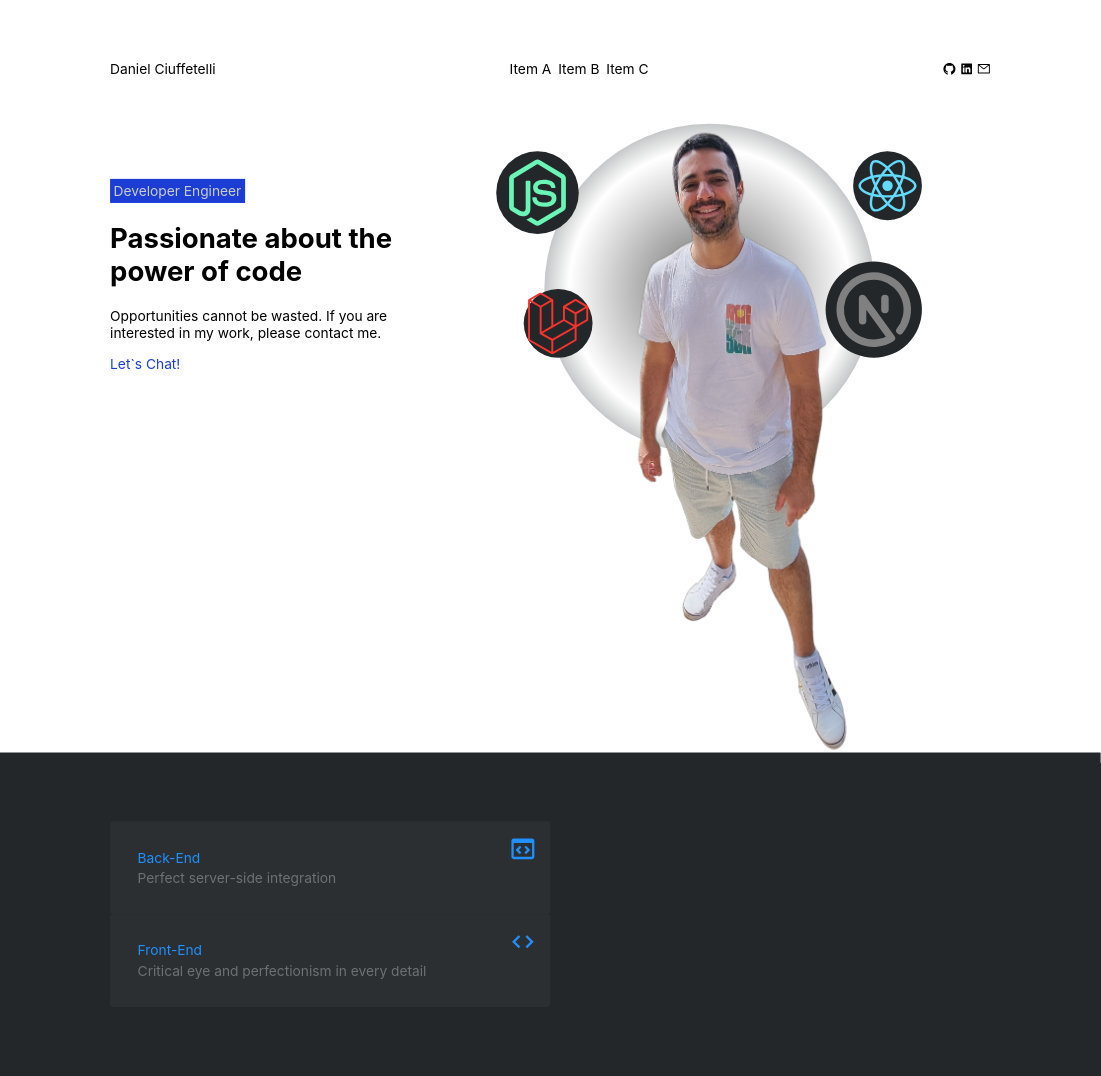
Repository: ciuffetelli/portfolio
Page: /
An editor plug-in stored every save of this project. The page is shown before and after the next save, followed by the edit.
The browser window is 1280 px wide. The pictures show the whole page, at 86% of full size.
The project was rebuilt for these pictures with package versions that can differ from the ones it lists, and the page was loaded fresh each time. The framework's server and built-in components were replaced by stand-ins that run in the browser. Also part of the build but not shown: next.config.js.

Above is the page before, as saved 2022-12-05 18:08:26.

### pages/_document.tsx
import { Html, Head, Main, NextScript } from 'next/document'

export default function Document() {
    return (
        <Html lang="en">
            <Head>
                <title>Daniel Ciuffetelli - Front-end Engineer</title>
                <meta name="description" content="Daniel Ciuffetelli's personal portfolio, front-end engineer. Page developed in Next.js" />
                <link rel="icon" href="/img/logo.svg" />
            </Head>
                <body className='bg-white text-slate-900 dark:bg-slate-900 dark:text-white ease-in-out duration-300'>
                    <Main />
                    <NextScript />
                </body>
        </Html>
    )
}

### pages/index.tsx
import Head from 'next/head'
import styled from 'styled-components'

import { BiCodeBlock, BiCode } from 'react-icons/bi'

import { Nav } from '../Components/Nav'
import { Hero } from '../Components/Hero'
import { Accordion } from '../Components/Accordion'

export default function Home() {
  return (
    <Container>

        <Head>
          <title>Daniel Ciuffetelli - Developer Engineer</title>
          <meta name="description" content="Generated by create next app" />
          <link rel="icon" href="/favicon.ico" />
        </Head>

        <Main>
          <Nav />

          <Hero />

          <Section>
            <SectionContent>
              <Accordion data={[
                {
                  title: 'Back-End',
                  icon: BiCodeBlock,
                  description: 'Perfect server-side integration'
                },
                {
                  title: 'Front-End',
                  icon: BiCode,
                  description: 'Critical eye and perfectionism in every detail'
                }
              ]}></Accordion>
            </SectionContent>
          </Section>
        </Main>

    </Container>
    // <div className={styles.container}>


    //   <main className={styles.main}>
    //     <Nav />

    //     <Hero />
    //     {/* <h1 className={styles.title}>
    //       Welcome to <a href="https://nextjs.org">Next.js!</a>
    //     </h1>

    //     <p className={styles.description}>
    //       Get started by editing{' '}
    //       <code className={styles.code}>pages/index.tsx</code>
    //     </p>

    //     <div className={styles.grid}>
    //       <a href="https://nextjs.org/docs" className={styles.card}>
    //         <h2>Documentation &rarr;</h2>
    //         <p>Find in-depth information about Next.js features and API.</p>
    //       </a>

    //       <a href="https://nextjs.org/learn" className={styles.card}>
    //         <h2>Learn &rarr;</h2>
    //         <p>Learn about Next.js in an interactive course with quizzes!</p>
    //       </a>

    //       <a
    //         href="https://github.com/vercel/next.js/tree/canary/examples"
    //         className={styles.card}
    //       >
    //         <h2>Examples &rarr;</h2>
    //         <p>Discover and deploy boilerplate example Next.js projects.</p>
    //       </a>

    //       <a
    //         href="https://vercel.com/new?utm_source=create-next-app&utm_medium=default-template&utm_campaign=create-next-app"
    //         target="_blank"
    //         rel="noopener noreferrer"
    //         className={styles.card}
    //       >
    //         <h2>Deploy &rarr;</h2>
    //         <p>
    //           Instantly deploy your Next.js site to a public URL with Vercel.
    //         </p>
    //       </a>
    //     </div> */}
    //   </main>

    //   <footer className={styles.footer}>
    //     <a
    //       href="https://vercel.com?utm_source=create-next-app&utm_medium=default-template&utm_campaign=create-next-app"
    //       target="_blank"
    //       rel="noopener noreferrer"
    //     >
    //       Powered by{' '}
    //       <span className={styles.logo}>
    //         <Image src="/vercel.svg" alt="Vercel Logo" width={72} height={16} />
    //       </span>
    //     </a>
    //   </footer>
    //   <a href='https://elements.envato.com/ds-developer-portfolio-psd-template-9FZDH4D'>Reference</a>
    // </div>
  )
}

const Container = styled.div`
  padding: 0 2rem;
`

const Main = styled.main`
  max-width: 1024px;
  min-height: 100vh;
  margin: 0 auto;
  padding: 4rem 0 0 0;
  flex: 1;
  display: flex;
  flex-direction: column;
  justify-content: center;
  align-items: center;
`

const Section = styled.section`
  width: 100vw;
  padding: 5rem 0;
  background: #23272a;
`

const SectionContent = styled.div`
  margin: auto;
  max-width: 1024px;
`

const SectionItem = styled.div`
  flex: 1;
  justify-content: center;
  align-items: center;
`

### styles/globals.css
:root {
  --primary: #1e90ff;
  --white: #ffffff;
}

html,
body {
  padding: 0;
  margin: 0;
  font-family: -apple-system, BlinkMacSystemFont, Segoe UI, Roboto, Oxygen,
    Ubuntu, Cantarell, Fira Sans, Droid Sans, Helvetica Neue, sans-serif;
  overflow-x: hidden;
}

a {
  color: inherit;
  text-decoration: none;
}

* {
  box-sizing: border-box;
}

@media (prefers-color-scheme: dark) {
  html {
    color-scheme: dark;
  }
  body {
    color: white;
    background: #2b2f32;
  }
}

### Components/Nav.tsx
import styled from 'styled-components'

import { AiFillGithub, AiFillLinkedin, AiOutlineMail } from 'react-icons/ai'

export function Nav() {

    return (
        <Container>
            <Name>Daniel Ciuffetelli</Name>
            <Items>
                <MenuItem>Item A</MenuItem>
                <MenuItem>Item B</MenuItem>
                <MenuItem>Item C</MenuItem>
            </Items>
            <Icons>
                <Social>
                    <AiFillGithub />
                    <AiFillLinkedin />
                </Social>
                <AiOutlineMail />
            </Icons>
        </Container>
    )
}

const Container = styled.div`
    display: inline-flex;
    width: 100%;
    height: 2rem;
    justify-content: space-around;
    align-items: center;
`

const Name = styled.div`
    display: none;

    @media (min-width: 500px) {
        display: flex;
    }
`

const Items = styled.div`
    display: inline-flex;
    flex: 1;
    gap: 0.5rem;
    justify-content: center;
`

const MenuItem = styled.div``

const Icons = styled.div`
    display: inline-flex;
    gap: 0.25rem;
`
const Social = styled.div`
    display: none;
    gap: 0.25rem;

    @media (min-width: 500px) {
        display: inline-flex;
    }
`

### Components/Hero.tsx
import styled from 'styled-components'

import { IoLogoNodejs } from 'react-icons/io'
import { IoLogoReact } from 'react-icons/io5'
import { TbBrandNextjs } from 'react-icons/tb'
import { FaLaravel } from 'react-icons/fa'

export function Hero() {
    return (
        <Container>
            <LeftSide>
                <Title>Developer Engineer</Title>
                <H1>Passionate about the power of code</H1>
                <Text>Opportunities cannot be wasted. If you are interested in my work, please contact me.</Text>
                <Link>Let`s Chat!</Link>
            </LeftSide>
            <RightSide>
                <Image src="/img/profile.png" />
                <Tech top={2} left={5} width={6} height={6}><NodeJs /></Tech>
                <Tech top={2} right={5} width={5} height={5}><React /></Tech>
                <Tech top={10} right={5} width={7} height={7}><Next /></Tech>
                <Tech top={12} left={7} width={5} height={5}><Laravel /></Tech>
            </RightSide>
        </Container>
    )
}

const Container = styled.div`
    display: inline-flex;
    margin: 3rem auto auto;
`

const LeftSide = styled.div`
    padding-top: 2rem;

    @media (min-width: 500px) {
        max-width: 50%;
        padding-top: 4rem;
    }
`

const Title = styled.div`
    width: max-content;
    padding: 0.25rem;
    color: #ccc;
    background-color: #1b3dd3;
`

const H1 = styled.h1``

const Text = styled.p``

const Link = styled.a`
    color: #1b3dd3;
`

const RightSide = styled.div`
    display: none;
    position: relative;
    justify-content: center;

    &::after {
        content: "";
        position: absolute;
        width: 30vw;
        height: 30vw;
        z-index: -1;
        margin: auto;
        border-radius: 50%;
        background-image: radial-gradient(circle, #666565, transparent 60%, #2b2f32);
    }

    @media (min-width: 500px) {
        display: flex;
    }
`

const Image = styled.img`
    width: 50%;
    margin: auto;
`

const Tech = styled.div<{ top?: Number, right?: Number, bottom?: Number, left?: Number, width?: Number, height?: Number }>`
    position: absolute;
    ${({top}) => (top) ? `top: ${top}rem;` : ``}
    ${({right}) => (right) ? `right: ${right}rem;` : ``}
    ${({bottom}) => (bottom) ? `bottom: ${bottom}rem;` : ``}
    ${({left}) => (left) ? `left: ${left}rem;` : ``}
    ${({width}) => (width) ? `width: ${width}rem;` : ``}
    ${({height}) => (height) ? `height: ${height}rem;` : ``}
    padding: 0.25rem;
    justify-content: center;
    align-items: center;
    border-radius: 50%;
    background: #23272a;
`

const NodeJs = styled(IoLogoNodejs)`
    width: 100%;
    height: 100%;
    color: #6af5b6;
`
const React = styled(IoLogoReact)`
    width: 100%;
    height: 100%;
    color: #61dafb;
`
const Next = styled(TbBrandNextjs)`
    width: 100%;
    height: 100%;
    color: #808080;
`
const Laravel = styled(FaLaravel)`
    width: 100%;
    height: 100%;
    color: #f9322c;
`

### Components/Accordion.tsx
import styled from "styled-components";
import { IconType } from "react-icons"

type Item = {
    title: string
    icon: IconType
    description: string
    tags?: string
}
type AccordionProps = {
    data: Item[]
    child?: React.ReactElement
}
export function Accordion({ data, child }: AccordionProps) {
    return (
        <Container>
                { data.map((item, key) => (
                    <AccordionItem key={key}>
                        <ItemHeader>
                            <Title>{item.title}<Icon>{<item.icon />}</Icon></Title>
                            <Description>{item.description}</Description>
                            <Tags>{item.tags}</Tags>
                        </ItemHeader>
                    </AccordionItem>
                )) }
            <Child>
                {child}
            </Child>
        </Container>
    )
}

const Container = styled.div`
    gap: .25rem;
`

const Child = styled.div``

const AccordionItem = styled.div`
    width: 100%;

    @media (min-width: 500px) {
        width: 50%;
    }
`

const ItemHeader = styled.div`
    padding: 2rem;
    background-color: #2b2f32;
    border-radius: .25rem;
`

const Title = styled.div`
    display: inline-flex;
    width: 100%;
    color: var(--primary);
`

const Icon = styled.div`
    margin: -1rem -1rem auto auto;
    font-size: 2rem;
    color: var(--primary);
`

const Description = styled.div`
    color: #6d7172;
`

const Tags = styled.div``

Loaded but not shown: pages/_app.tsx (common file)

After the next save:
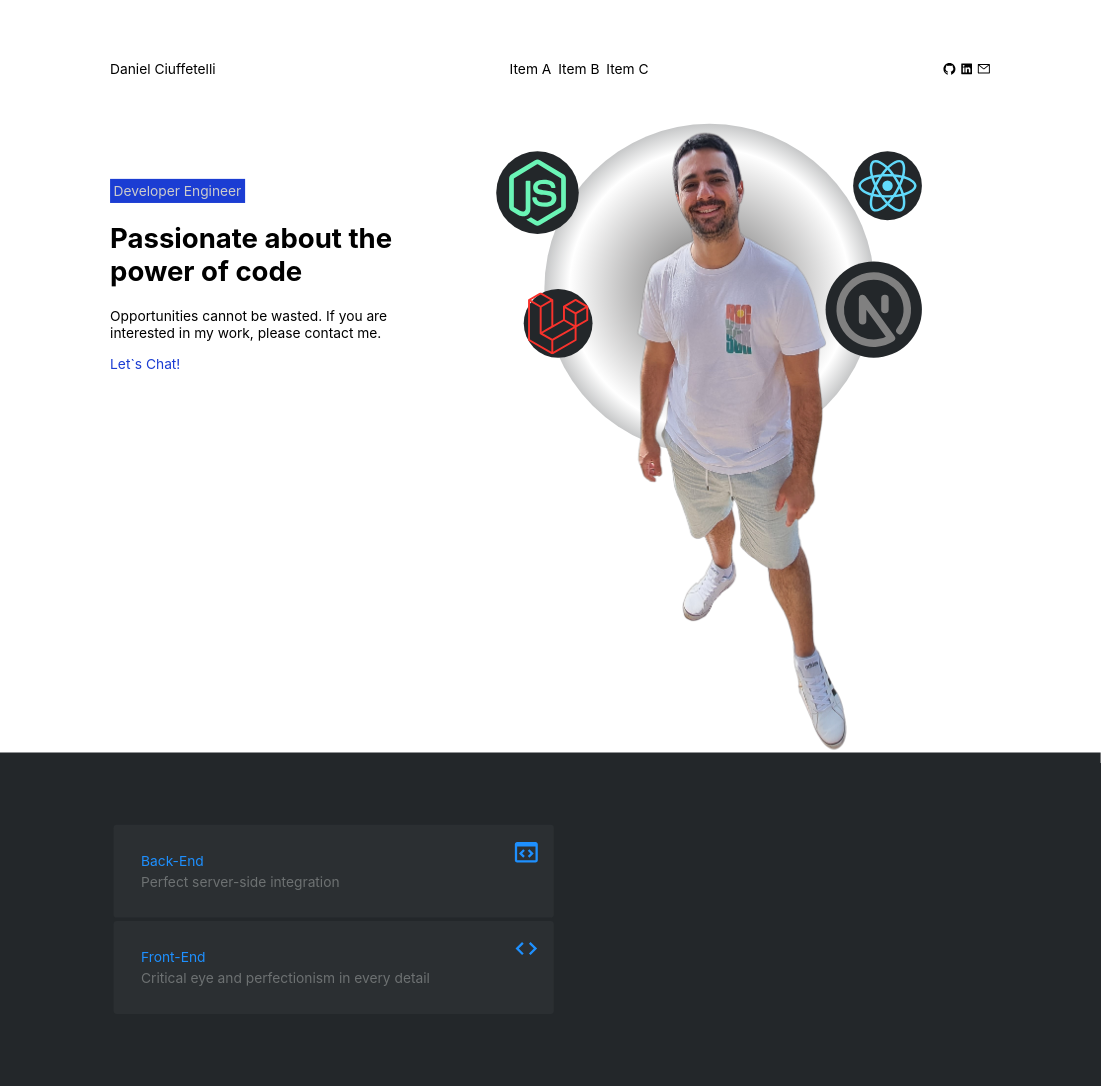
Saved 23 s later.
--- a/Components/Accordion.tsx
+++ b/Components/Accordion.tsx
@@ -31,13 +31,13 @@
 }
 
 const Container = styled.div`
-    gap: .25rem;
 `
 
 const Child = styled.div``
 
 const AccordionItem = styled.div`
     width: 100%;
+    margin: .25rem;
 
     @media (min-width: 500px) {
         width: 50%;
